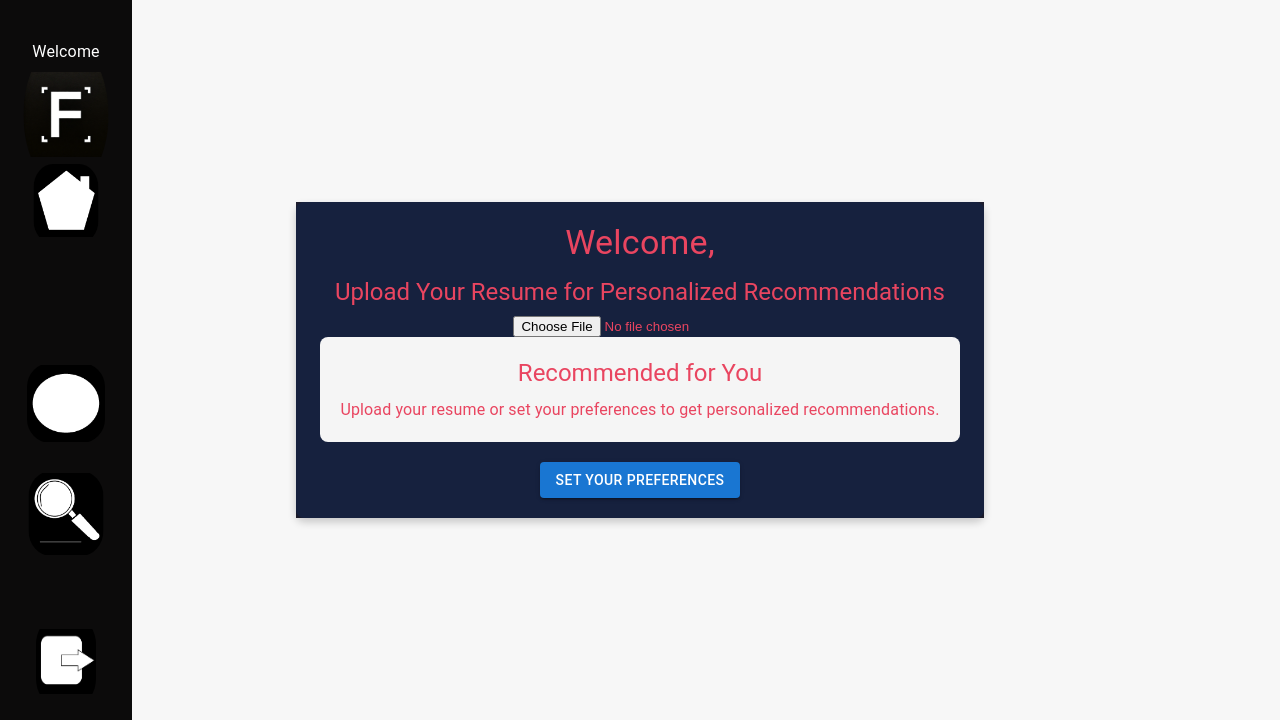
Repository: jvt2/OnlineCourseApp
Page: /dashboard
An editor plug-in stored every save of this project. The page is shown before and after the next save, followed by the edit.
The browser window is 1280 px wide. The pictures show the whole page.
The page's requests for data from a server got no answer. The project was rebuilt for these pictures with package versions that can differ from the ones it lists, and the page was loaded fresh each time. No one was signed in, and anything a server would have sent is missing. Also part of the build but not shown: src/features/auth/Register.js, src/features/auth/Login.js, src/features/courses/ResumeUpload.js, src/features/courses/CourseRecommendations.js, src/components/common/MyModal.js, src/features/courses/CourseCatalog.js, src/features/courses/CourseDetail.js, src/components/common/Navbar.js and 3 more. Imported but missing from the stored project, and not drawn on this page: src/app/reportWebVitals.

Above is the page before, as saved 2024-07-16 10:43:28.

### src/index.js
import React from 'react';
import ReactDOM from 'react-dom/client';
import { Provider } from 'react-redux';
import store from './redux/store';
import './index.css';
import App from './app/App';
import reportWebVitals from './app/reportWebVitals';

const root = ReactDOM.createRoot(document.getElementById('root'));
root.render(
  <React.StrictMode>
    <App />
  </React.StrictMode>
);

// If you want to start measuring performance in your app, pass a function
// to log results (for example: reportWebVitals(console.log))
// or send to an analytics endpoint. Learn more: https://bit.ly/CRA-vitals
reportWebVitals();

### src/redux/store.js
// src/redux/store.js

import { configureStore } from '@reduxjs/toolkit';
import userReducer from './userReducer';

const store = configureStore({
  reducer: {
    user: userReducer,
  },
});

export default store;

### src/app/App.js
import { BrowserRouter as Router, Route, Routes } from 'react-router-dom';
import React, { useState } from 'react';
import logo from '../logo.svg';
import './App.css';
import Register from '../features/auth/Register';
import Login from '../features/auth/Login';
import CourseCatalog from '../features/courses/CourseCatalog';
import CourseDetail from '../features/courses/CourseDetail';
import UserDashboard from '../features/dashboard/Dashboard';
import Navbar from '../components/common/Navbar';
import { Provider } from 'react-redux';
import store from '../redux/store'; // import your Redux store here
import Logout from '../features/auth/Logout'; // Import the Logout component
import Chatbot from '../features/chatbot/Chatbot';
import CourseRecommendations from '../features/courses/CourseRecommendations';
import axios from 'axios';
import ResumeUpload from '../features/courses/ResumeUpload';
import LandingPage from '../components/common/LandingPage';

function App() {
  const [loggedIn, setLoggedIn] = useState(false);
  const [users, setUsers] = useState([]);
  const [currentUser, setCurrentUser] = useState(null);
  const [recommendations, setRecommendations] = useState([]);

  const handleResumeUpload = (newRecommendations) => {
    console.log('New Recommendations:', newRecommendations);
    setRecommendations(newRecommendations);
  };

  const [courses, setCourses] = useState([
    {id: 1, name: 'Course 1', description: 'This is course 1'},
    {id: 2, name: 'Course 2', description: 'This is course 2'}
  ]);

  const handleRegister = async (username, password) => {
    try {
      const response = await axios.post('http://localhost:3001/register', { username, password });
      alert(response.data.message);
      // Log in the new user if registration is successful
      handleLogin(username, password);
    } catch (error) {
      alert(error.response.data.message);
    }
  };

  const handleLogin = async (username, password) => {
    try {
      const response = await axios.post('http://localhost:3001/login', { username, password });
      localStorage.setItem('token', response.data.token);
      setLoggedIn(true);
      setCurrentUser({ username });
    } catch (error) {
      alert('Login failed. Please check your username and password.');
    }
  };

  const handleEnroll = async (course) => {
    try {
      const token = localStorage.getItem('token');
      await axios.post('http://localhost:3001/enroll', { courseId: course.id }, {
        headers: { 'Authorization': `Bearer ${token}` }
      });
      setEnrolledCourses([...enrolledCourses, course]);
    } catch (error) {
      console.error('Enrollment failed', error);
    }
  };

  const [enrolledCourses, setEnrolledCourses] = useState([]);
  const [isModalOpen, setIsModalOpen] = useState(false);

  const handleSelectRecommendation = (recommendation) => {
    const newCourse = {
      id: courses.length + 1,
      name: recommendation.text,
      description: 'This is a recommended course based on your resume.'
    };

    setCourses([...courses, newCourse]);
    setEnrolledCourses([...enrolledCourses, newCourse]);
    setIsModalOpen(false);
  };

  return (
    <Provider store={store}>
      <Router>
        <div className="App">
          <Routes>
            <Route path="/" element={<LandingPage />} />
            <Route path="/register" element={<Register />} />
            <Route path="/login" element={<Login />} />
            <Route path="/dashboard" element={<UserDashboard />} /> {/* Added this line */}
          </Routes>
        </div>
      </Router>
    </Provider>
  );
}

export default App;

### src/redux/userReducer.js
// src/redux/userReducer.js
// src/redux/userReducer.js
import { createSlice } from '@reduxjs/toolkit';

const initialState = {
  id: null,
  email: null,
  token: null,
};

const userSlice = createSlice({
  name: 'user',
  initialState,
  reducers: {
    logIn(state, action) {
      state.id = action.payload.id;
      state.email = action.payload.email;
      state.token = action.payload.token;
    },
    logOut(state) {
      state.id = null;
      state.email = null;
      state.token = null;
    },
  },
});

export const { logIn, logOut } = userSlice.actions;
export default userSlice.reducer;

### src/app/App.css
/* App.css */
:root {
  --primary-bg-color: #1E1E2F;
  --secondary-bg-color: #282840;
  --primary-text-color: #F5F5F5;
  --link-color: #61dafb;
  --accent-color: #FF6B6B;
  --navbar-height: 4rem;
  --content-padding: 20px;
  --border-radius: 8px;
  --transition-duration: 0.3s;
  --gradient-bg-color: linear-gradient(120deg, #84fab0 0%, #8fd3f4 100%);
}

.App {
  text-align: center;
  font-family: 'Arial', sans-serif;
  background-color: var(--primary-bg-color);
}

.App-logo {
  height: 40vmin;
  pointer-events: none;
  filter: drop-shadow(0 0 10px var(--accent-color));
}

.App-header {
  background-color: var(--secondary-bg-color);
  min-height: 100vh;
  display: flex;
  flex-direction: column;
  align-items: center;
  justify-content: center;
  font-size: calc(10px + 2vmin);
  color: var(--primary-text-color);
  border-bottom-left-radius: var(--border-radius);
  border-bottom-right-radius: var(--border-radius);
}

.App-link {
  color: var(--link-color);
  transition: color var(--transition-duration);
}

.App-link:hover {
  color: var(--accent-color);
}

@media (prefers-reduced-motion: no-preference) {
  .App-logo {
    animation: App-logo-spin infinite 20s linear;
  }
}

@keyframes App-logo-spin {
  from {
    transform: rotate(0deg);
  }
  to {
    transform: rotate(360deg);
  }
}

.site-navbar {
  display: flex;
  align-items: center;
  background: var(--gradient-bg-color);
  padding: 10px 20px;
  height: var(--navbar-height);
  font-weight: 500;
  box-shadow: 0 4px 6px rgba(0, 0, 0, 0.1);
}

.navbar-nav {
  display: flex;
  align-items: center;
  list-style: none;
  margin: 0;
  padding: 0;
  flex-grow: 1;
  justify-content: center;
}

.nav-item {
  display: flex;
  align-items: center;
  justify-content: center;
  text-decoration: none;
  color: var(--primary-text-color);
  padding: 15px 25px;
  transition: all 0.3s ease-in-out;
  border-radius: var(--border-radius);
  position: relative;
}

.nav-item:before {
  content: '';
  position: absolute;
  top: 0;
  left: 0;
  width: 0;
  height: 100%;
  background: var(--accent-color);
  border-radius: var(--border-radius);
  transition: width 0.3s ease-in-out;
  z-index: -1;
}

.nav-item:hover:before {
  width: 100%;
}

.nav-item:hover {
  color: var(--secondary-bg-color);
  box-shadow: 0 4px 8px rgba(0, 0, 0, 0.2);
  text-decoration: none;
}

.navbar-brand {
  margin-right: auto;
  color: var(--primary-text-color);
  font-size: 1.5em;
  font-weight: bold;
}

.App-content {
  padding: var(--content-padding);
  color: var(--primary-text-color);
}

.App-footer {
  text-align: center;
  padding: var(--content-padding);
  background-color: var(--secondary-bg-color);
  color: var(--primary-text-color);
  box-shadow: 0 -4px 6px rgba(0, 0, 0, 0.1);
}

.course-recommendations {
  width: 80%;
  margin: auto;
  background: #f9f9f9;
  padding: 20px;
  border-radius: 5px;
  box-shadow: 0px 0px 10px rgba(0, 0, 0, 0.1);
}

.course-recommendations h2 {
  text-align: center;
  color: #333;
}

.course-recommendations .course {
  padding: 10px 0;
  border-bottom: 1px solid #eee;
}

.course-recommendations .course:last-child {
  border-bottom: none;
}

.course-recommendations .course button {
  margin-left: 10px;
}

body {
  background-color: #1a1a2e;
  color: #e94560;
}

.MuiContainer-root {
  background-color: #16213e;
  border-radius: 8px;
  padding: 20px;
  box-shadow: 0 4px 8px rgba(0, 0, 0, 0.2);
}

.customTextField .MuiInputBase-input {
  color: #fff;
  background-color: rgba(255, 255, 255, 0.1);
}

.customTextField .MuiInputLabel-root {
  color: rgba(255, 255, 255, 0.7);
}

.customTextField .MuiInputLabel-root.Mui-focused {
  color: #fff;
}

.customTextField .MuiOutlinedInput-root {
  &.Mui-focused .MuiOutlinedInput-notchedOutline {
    border-color: #fff;
  }
  & .MuiOutlinedInput-notchedOutline {
    border-color: rgba(255, 255, 255, 0.5);
  }
}

### src/features/dashboard/Dashboard.js
// src/features/dashboard/Dashboard.js
import React, { useEffect, useState } from 'react';
import axios from 'axios';
import { useSelector } from 'react-redux';
import { Container, Typography, Button, Box, List, ListItem, ListItemText } from '@mui/material';
import { useNavigate } from 'react-router-dom';
import './Dashboard.css';

function Dashboard() {
  const [recommendations, setRecommendations] = useState([]);
  const token = useSelector(state => state.user.token);
  const userId = useSelector(state => state.user.id);
  const userEmail = useSelector(state => state.user.email);
  const navigate = useNavigate();

  useEffect(() => {
    fetchRecommendations();
  }, [userId, token]);

  const fetchRecommendations = async () => {
    try {
      const response = await axios.get(`http://localhost:3001/user/${userId}/recommendations`, {
        headers: { Authorization: `Bearer ${token}` }
      });
      setRecommendations(response.data);
    } catch (error) {
      console.error('Error fetching recommendations:', error);
    }
  };

  const handleResumeUpload = async (event) => {
    const formData = new FormData();
    formData.append('resume', event.target.files[0]);

    try {
      const response = await axios.post('http://localhost:3001/uploadResume', formData, {
        headers: {
          'Content-Type': 'multipart/form-data',
          Authorization: `Bearer ${token}`,
        },
      });
      setRecommendations(response.data.recommendations);
    } catch (error) {
      console.error('Error uploading resume:', error);
    }
  };

  return (
    <div>
      <Box className="sidebar">
        <Typography className="sidebar-logo">Welcome</Typography>
        <div className="sidebar-icon icon-home" onClick={() => navigate('/dashboard')}></div>
        <div className="sidebar-icon icon-user"></div>
        <div className="sidebar-icon icon-message"></div>
        <div className="sidebar-icon icon-logout"></div>
      </Box>
      <Container component="main" maxWidth="md" className="dashboard-content">
        <Typography variant="h4" gutterBottom>
          Welcome, {userEmail}
        </Typography>
        <Box className="upload-container">
          <Typography variant="h5" gutterBottom>
            Upload Your Resume for Personalized Recommendations
          </Typography>
          <input type="file" onChange={handleResumeUpload} accept=".pdf,.doc,.docx,.txt" />
        </Box>
        <Box className="recommendations-container">
          <Typography variant="h5" gutterBottom>
            Recommended for You
          </Typography>
          {recommendations.length > 0 ? (
            <List>
              {recommendations.map((rec, index) => (
                <ListItem key={index} className="recommendation-item">
                  <ListItemText
                    primary={<Typography className="recommendation-title">{rec.title}</Typography>}
                    secondary={<Typography className="recommendation-description">{rec.description}</Typography>}
                  />
                </ListItem>
              ))}
            </List>
          ) : (
            <Typography variant="body1">Upload your resume or set your preferences to get personalized recommendations.</Typography>
          )}
        </Box>
        <Box className="button-container">
          <Button variant="contained" color="primary" onClick={() => navigate('/preferences')}>
            Set Your Preferences
          </Button>
        </Box>
      </Container>
    </div>
  );
}

export default Dashboard;

### src/features/auth/Logout.js
// Logout.js
import { useEffect } from 'react';
import { useDispatch } from 'react-redux';
import { useNavigate } from 'react-router-dom';
import { logOut } from '../../redux/reducers/userslice'; // Import the logOut action

function Logout() {
  const navigate = useNavigate();
  const dispatch = useDispatch();

  useEffect(() => {
    localStorage.removeItem('token'); // Remove the token from local storage
    dispatch(logOut()); // Dispatch the logOut action
    navigate('/login'); // Navigate to the login page
  }, [dispatch, navigate]);

  return null;
}

export default Logout;

### src/components/common/LandingPage.css
body {
    display: flex;
    justify-content: center;
    align-items: center;
    height: 100vh;
    background-color: #f7f7f7;
    margin: 0;
    font-family: 'Roboto', sans-serif;
  }

  .sign-in-container {
    display: flex;
    justify-content: center;
    align-items: center;
    height: 100%;
    width: 100%;
  }

  .sign-in-form {
    background-color: white;
    padding: 60px;
    border-radius: 10px;
    box-shadow: 0 4px 8px rgba(0, 0, 0, 0.1);
    text-align: center;
    max-width: 600px;
    width: 90%;
  }

  .logo {
    width: 200px;
    height: 200px;
    margin-bottom: 30px;
    background-color: white;
    border-radius: 10px;
  }

  h1 {
    margin: 0;
    font-size: 32px;
    font-weight: 700;
  }

  .subtitle {
    margin: 10px 0;
    color: #555;
    font-size: 18px;
  }

  .google-sign-in {
    background-color: #ffffff;
    color: #000;
    border: 1px solid #ccc;
    padding: 15px;
    width: 100%;
    border-radius: 5px;
    margin-bottom: 30px;
    display: flex;
    justify-content: center;
    align-items: center;
    cursor: pointer;
    font-size: 18px;
    font-weight: 500;
    transition: background-color 0.3s;
  }

  .google-sign-in:hover {
    background-color: #f0f0f0;
  }

  .google-logo {
    width: 25px;
    margin-right: 10px;
  }

  .separator {
    display: flex;
    align-items: center;
    text-align: center;
    margin: 30px 0;
    color: #aaa;
    font-size: 18px;
  }

  .separator::before,
  .separator::after {
    content: '';
    flex: 1;
    border-bottom: 1px solid #ccc;
  }

  .separator:not(:empty)::before {
    margin-right: .5em;
  }

  .separator:not(:empty)::after {
    margin-left: .5em;
  }

  .email-input,
  .password-input {
    width: 100%;
    padding: 15px;
    margin-bottom: 30px;
    border: 1px solid #ccc;
    border-radius: 5px;
    font-size: 18px;
    transition: border-color 0.3s;
  }

  .email-input:focus,
  .password-input:focus {
    border-color: #007bff;
    outline: none;
  }

  .continue-button {
    background-color: #9b51e0;
    color: white;
    border: none;
    padding: 15px;
    width: 100%;
    border-radius: 5px;
    font-size: 18px;
    font-weight: 500;
    cursor: pointer;
    transition: background-color 0.3s;
    margin-bottom: 10px; /* Add margin to separate the buttons */
  }

  .continue-button:hover {
    background-color: #7a3bc0;
  }

  .email-error {
    color: red;
    margin-top: 10px;
    font-size: 14px;
  }


  .back-button {
    background-color: #ccc;
    color: white;
    border: none;
    padding: 15px;
    width: 100%;
    border-radius: 5px;
    font-size: 18px;
    font-weight: 500;
    cursor: pointer;
    transition: background-color 0.3s;
    margin-bottom: 10px; /* Add margin to separate the buttons */
  }

  .back-button:hover {
    background-color: #aaa;
  }

  .sign-up-link {
    margin-top: 30px;
    color: #aaa;
    font-size: 18px;
  }

  .sign-up-link a {
    color: #9b51e0;
    text-decoration: none;
  }

  .sign-up-link a:hover {
    text-decoration: underline;
  }

### src/features/dashboard/Dashboard.css
/* Dashboard CSS */

/* General styles for the dashboard */
/* Add these styles to your existing Dashboard.css */

.dashboard-content {
  margin-left: 160px; /* Adjust based on your sidebar width */
  padding: 20px;
}

.recommendations-container {
  background-color: #f5f5f5;
  border-radius: 8px;
  padding: 20px;
  margin-bottom: 20px;
}

.recommendation-item {
  background-color: white;
  border-radius: 4px;
  padding: 15px;
  margin-bottom: 10px;
  box-shadow: 0 2px 4px rgba(0,0,0,0.1);
}

.recommendation-title {
  font-weight: bold;
  margin-bottom: 5px;
}

.recommendation-description {
  color: #666;
  font-size: 0.9em;
}

.sidebar {
  position: fixed;
  left: 0;
  top: 0;
  bottom: 0;
  width: 132px;
  background: #0C0B0B;
  padding-top: 20px;
}

/* Adjust other sidebar styles as needed */

  .sidebar-blur {
    position: absolute;
    width: 81.01px;
    height: 804px;
    left: 83.32px;
    top: 73.14px;
    background: #0C0B0B;
    opacity: 0.7;
    filter: blur(30px);
    border-radius: 24px;
  }

  .sidebar-main {
    position: absolute;
    width: 132px;
    height: 852px;
    left: 32.34px;
    top: 24.02px;
    background: #0C0B0B;
    border-radius: 24px;
  }

  .sidebar-logo {
    position: absolute;
    width: 85px;
    height: 150px;
    left: 74.46px;
    top: 39.67px;
    font-family: 'Baloo Bhai';
    font-style: normal;
    -webkit-text-fill-color: #FFFFFF;
    font-weight: 400;
    font-size: 64px;
    line-height: 102px;
    background-image: url('/public/assets/Designer.png');
    background-size: contain;
    background-position: center;
    background-repeat: no-repeat;
    border-radius: 70%;
    position: absolute;
    left: 50%;
    transform: translateX(-50%);
    margin-bottom: 40px; /* Adjust as needed */
  }

  .sidebar-icon {
    position: absolute;
    width: 26px;
    height: 26px;
    left: 85.15px;
    margin-bottom: 30px; /* Adjust as needed */
  }

  .sidebar-icon.icon-home {
    width: 65px;
    height: 80px;
    background-image: url('/public/assets/home_I.png');
    border-radius: 30%;
    position: absolute;
    left: 50%;
    transform: translateX(-50%);
    background-size: contain;
    background-repeat: no-repeat;
    top:22.84%;
  }

  .icon-graduation {
    top: 35.84%;
    width: 80px;
    height: 80px;
    background-position: center;
    background-image: url('/public/assets/enroll.png');
    border-radius: 30%;
    position: absolute;
    left: 50%;
    transform: translateX(-50%);
    background-size: contain;
    background-repeat: no-repeat;
  }

  .icon-user {
    top: 50.46%;
    width: 78px;
    height: 80px;
    background-position: center;
    background-position: center;
    background-image: url('/public/assets/user.png');
    border-radius: 30%;
    position: absolute;
    left: 50%;
    transform: translateX(-50%);
    background-size: contain;
    background-repeat: no-repeat;

  }

  .icon-message {
    top: 65.44%;
    width: 75px;
    height: 85px;
    background-position: center;
    background-image: url('/public/assets/search.png');
    border-radius: 30%;
    position: absolute;
    left: 50%;
    transform: translateX(-50%);
    background-size: contain;
    background-repeat: no-repeat;

  }

  .icon-settings {
    top: 62.11%;
  }

  .icon-logout {
    top: 85.95%;
    background-position: center;
    width: 60px;
    height: 85px;
    background-position: center;
    background-image: url('/public/assets/logout.png');
    border-radius: 30%;
    position: absolute;
    left: 50%;
    transform: translateX(-50%);
    background-size: contain;
    background-repeat: no-repeat;
  }

  .icon-background {
    background: #FFFFFF;
    background-position: center;
  }

### src/redux/reducers/userslice.js
import { createSlice } from '@reduxjs/toolkit';

const userSlice = createSlice({
  name: 'user',
  initialState: { name: '', loggedIn: false },
  reducers: {
    logIn: (state, action) => {
      state.name = action.payload.name;
      state.loggedIn = true;
    },
    logOut: (state) => {
      state.name = '';
      state.loggedIn = false;
    }
  }
});

export const { logIn, logOut } = userSlice.actions;
export default userSlice.reducer;

Loaded but not shown: public/index.html (common file); src/index.css (common file)

After the next save:
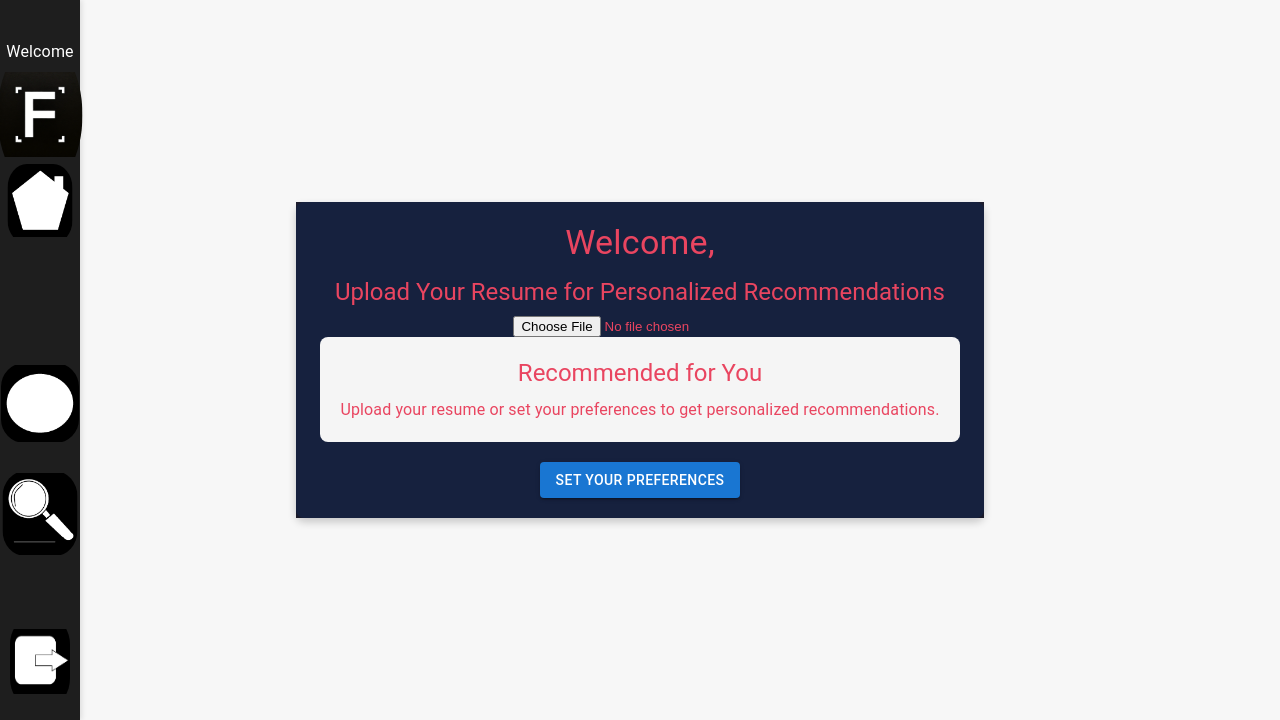
Saved 3 min 31 s later.
--- a/src/features/dashboard/Dashboard.css
+++ b/src/features/dashboard/Dashboard.css
@@ -38,10 +38,15 @@
   left: 0;
   top: 0;
   bottom: 0;
-  width: 132px;
-  background: #0C0B0B;
-  padding-top: 20px;
+  width: 80px;
+  background: #1e1e1e;
+  display: flex;
+  flex-direction: column;
+  align-items: center;
+  padding: 20px 0;
+  box-shadow: 2px 0 5px rgba(0, 0, 0, 0.1);
 }
+
 
 /* Adjust other sidebar styles as needed */
 
